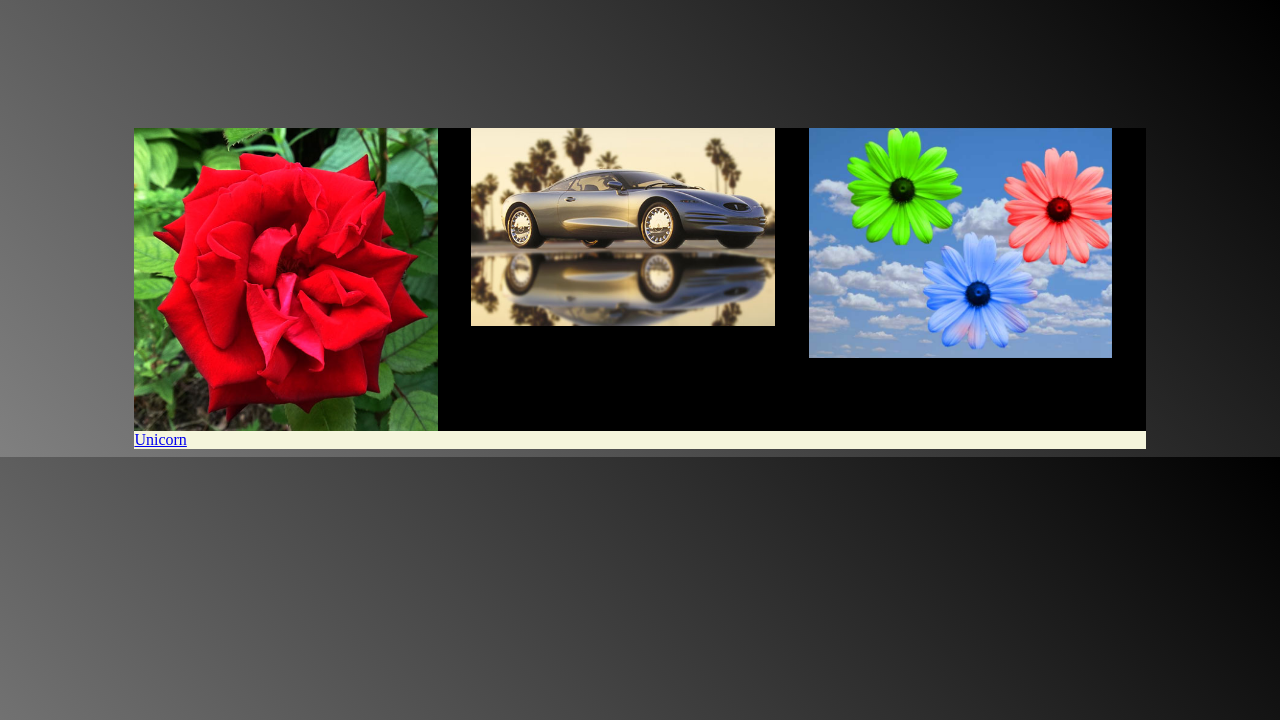
Repository: ViggoSkj/VGY
Page: ovningar/photoshopovning/photoshopovning.html
The author's editor kept a copy of each file at every save. The page is drawn from the files as they stood at one save, then again after a run of saves.
The browser window is 1280 px wide. The pictures show the whole page.

Above is the page before, as saved 2022-11-27 12:06:40.

### ovningar/photoshopovning/photoshopovning.html
<!DOCTYPE html>
<html lang="en">
    <head>
        <meta charset="UTF-8">
        <meta http-equiv="X-UA-Compatible" content="IE=edge">
        <meta name="viewport" content="width=device-width, initial-scale=1.0">
        <title>Document</title>
        <link rel="stylesheet" href="public/css/style.css">
    </head>
    <body class="photoshopovningar">
        <div class="container">
            <div class="images">
                <img src="public/images/ros_edited.jpg" alt="ros">
                <img src="public/images/bil_edited.jpg" alt="bil">
                <img src="public/images/sky_and_flower.jpg" alt="1 röd, 1, blå och 1 grönn blomma på en himmel">
            </div>

            <div id="myfooter">
                <a href="https://validator.w3.org/unicorn/check?ucn_uri=labb.vgy.se/~viggosg/ovningar/photoshopovningar.html&ucn_task=conformance">Unicorn</a>
             </div>
        </div>
    </body>
</html>

### ovningar/photoshopovning/public/css/style.css
body
{
    background-image: linear-gradient(45deg, gray, black);
}

.container
{
    background-color: beige;
    margin: auto;
    margin-top: 8em;
    width: 80%;
}

img
{
    width: 90%;

}

.images
{
    display: grid;
    grid-template-columns: 1fr 1fr 1fr;
    background-color: black;

}

After the next 2 saves:
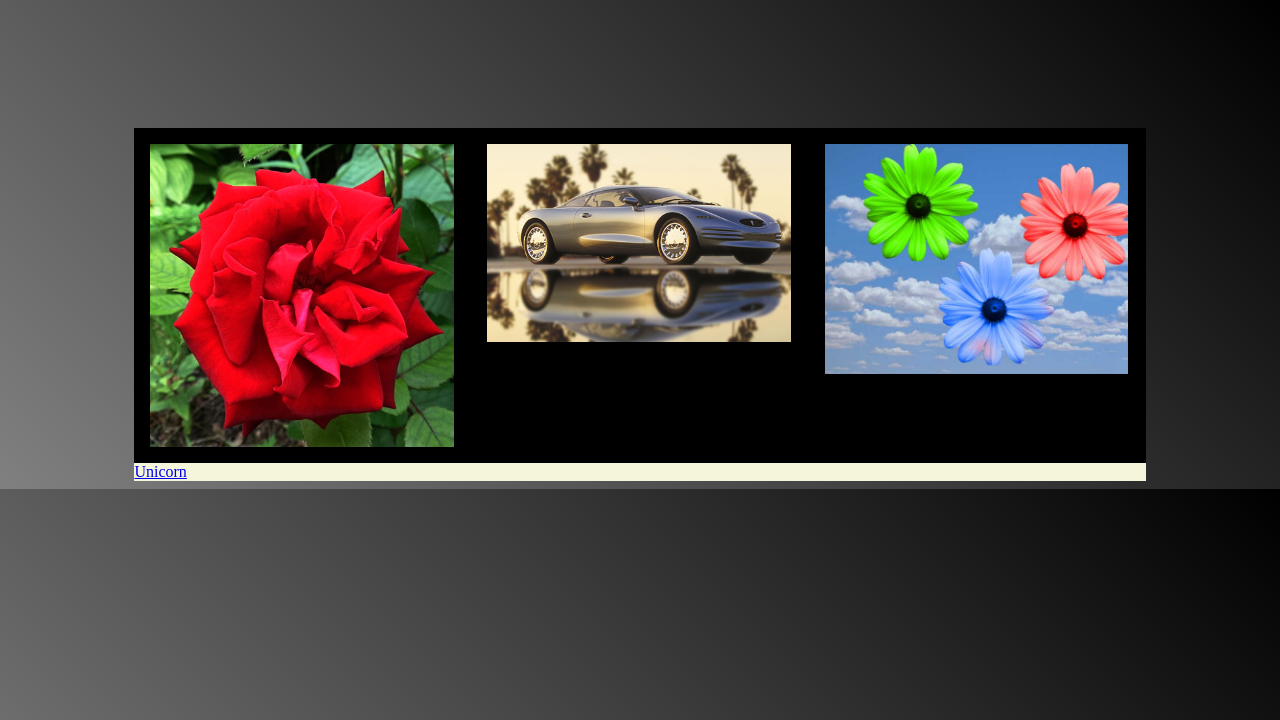
The 2 saves are shown as one change because they came seconds apart.
The last was saved 13 s later.
--- a/ovningar/photoshopovning/public/css/style.css
+++ b/ovningar/photoshopovning/public/css/style.css
@@ -14,7 +14,7 @@ body
 img
 {
     width: 90%;
-
+    padding: 1em;
 }
 
 .images
